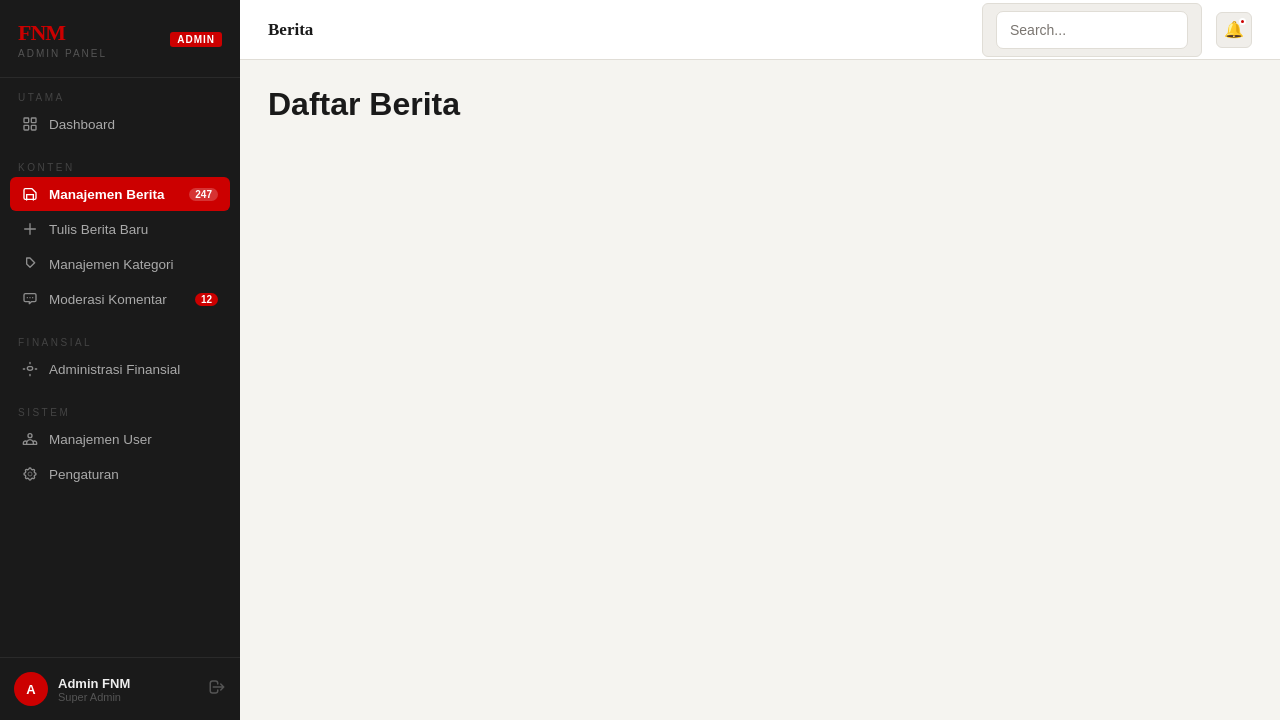
Repository: KrisnaKintaro/fnmtv
Page: http://localhost/admin/news
These files come from the project's save history. The page is drawn as it stood at one moment and after the next save; the edit follows.
The browser window is 1280 px wide. The pictures show the whole page.
Some web fonts or font styles are not loaded; a fallback is used. The page is served by the project's Laravel application, run on PHP 8.4 with Laravel 12. Other server files are loaded and not shown.

Above is the page before, as saved 2026-03-10 23:38:40.

### routes/web.php
<?php

use Illuminate\Support\Facades\Route;
use App\Http\Controllers\AuthController;
use App\Http\Controllers\DashboardController;
use App\Http\Controllers\NewsController;
use App\Http\Controllers\HomeController;
use App\Http\Controllers\CategoryController;
use App\Http\Controllers\SearchController;
use App\Http\Controllers\AdminNews;
use App\Http\Controllers\AdminCategory;
use App\Http\Controllers\AdminComment;
use App\Http\Controllers\FinanceController;
use App\Http\Controllers\UserController;

// default route removed; home route defined later

// ============================================
// UC-01: LOGIN ADMIN
// ============================================
Route::get('/admin/login', [AuthController::class, 'showLogin'])
    ->name('admin.login')
    ->middleware('guest');

Route::post('/admin/login', [AuthController::class, 'login'])
    ->name('admin.login.post');

Route::post('/admin/logout', [AuthController::class, 'logout'])
    ->name('admin.logout')
    ->middleware('auth');

// ============================================
// ADMIN ROUTES (semua dilindungi auth + isAdmin)
// ============================================
Route::prefix('admin')
    ->name('admin.')
    // middleware removed for demo; add auth/isAdmin later
    ->group(function () {

        // shortcut /admin → dashboard
        Route::get('/', function(){ return redirect()->route('admin.dashboard'); });

        // UC-07: Dashboard Statistik
        Route::get('/dashboard', [DashboardController::class, 'index'])
            ->name('dashboard');

        // UC-02: Manajemen Berita
        Route::resource('news', AdminNews::class);

        // UC-04: Toggle status publikasi (Draft/Published)
        Route::patch('/news/{news}/toggle-status', [AdminNews::class, 'toggleStatus'])
            ->name('news.toggle-status');

        // UC-03: Manajemen Kategori
        Route::resource('categories', AdminCategory::class);

        // UC-06: Moderasi Komentar
        Route::resource('comments', AdminComment::class)->only(['index', 'destroy']);
        Route::patch('/comments/{comment}/approve', [AdminComment::class, 'approve'])
            ->name('comments.approve');

        // UC-05: Administrasi Finansial
        Route::resource('finance', FinanceController::class);
        Route::patch('/finance/{finance}/toggle-payment', [FinanceController::class, 'togglePayment'])
            ->name('finance.toggle-payment');

        // Manajemen User
        Route::resource('users', UserController::class);
    });

// ============================================
// VIEWER / PUBLIC ROUTES
// ============================================

// UC-08: Halaman utama - berita terbaru
Route::get('/', [HomeController::class, 'index'])->name('home');

// UC-09: Navigasi Kategori
Route::get('/kategori/{slug}', [CategoryController::class, 'show'])
    ->name('category.show');

// UC-10: Pencarian Berita
Route::get('/cari', [SearchController::class, 'index'])
    ->name('search');

// UC-11: Berita Trending
Route::get('/trending', [HomeController::class, 'trending'])
    ->name('trending');

// UC-14: Halaman detail berita (view counter dicatat di sini)
Route::get('/berita/{slug}', [NewsController::class, 'show'])
    ->name('news.show');

### app/Http/Controllers/AdminNews.php
<?php

namespace App\Http\Controllers;

use Illuminate\Http\Request;

class AdminNews extends Controller
{
    public function index() { return view('admin.news.index'); }
    public function create() { return view('admin.news.create'); }
    public function store(Request $r) { return redirect()->back(); }
    public function show($id) { return redirect()->route('admin.news.index'); }
    public function edit($id) { return view('admin.news.edit'); }
    public function update(Request $r, $id) { return redirect()->back(); }
    public function destroy($id) { return redirect()->back(); }
    public function toggleStatus($id) { return redirect()->back(); }
}

### resources/views/admin/news/index.blade.php
@extends('layouts.master')

@section('title','Manajemen Berita')
@section('page_title','Berita')

@section('content')
<div class="page active">
    <h1>Daftar Berita</h1>
    <!-- tabel berita / actions -->
</div>
@endsection

### resources/views/layouts/master.blade.php
{{-- resources/views/layouts/master.blade.php --}}
<!DOCTYPE html>
<html lang="id">
<head>
    <meta charset="UTF-8">
    <meta name="viewport" content="width=device-width, initial-scale=1.0">
    <meta name="csrf-token" content="{{ csrf_token() }}">
    <title>FNM — @yield('title', 'Fenomena News Media')</title>

    <link href="https://fonts.googleapis.com/css2?family=Merriweather:wght@400;700;900&family=Source+Sans+3:wght@400;500;600;700&family=JetBrains+Mono:wght@400;500&display=swap" rel="stylesheet">

    {{-- CSS kondisional: admin atau viewer --}}
    @if(request()->is('admin*'))
        <link rel="stylesheet" href="{{ asset('Admin/css/admin.css') }}">
    @else
        <link rel="stylesheet" href="{{ asset('Viewers/css/viewers.css') }}">
    @endif

    {{-- CSS tambahan per halaman --}}
    @stack('styles')
</head>
<body>

    {{-- Layout beda antara admin dan viewer --}}
    @if(request()->is('admin*'))

        {{-- ===== LAYOUT ADMIN ===== --}}
        @include('layouts.partials.admin-sidebar')
        <main class="main">
            @include('layouts.partials.admin-topbar')
            <div class="content">
                @yield('content')
            </div>
        </main>

    @else

        {{-- ===== LAYOUT VIEWER ===== --}}
        @include('layouts.partials.viewer-topstrip')
        @include('layouts.partials.viewer-header')
        @include('layouts.partials.viewer-navbar')
        <main>
            @yield('content')
        </main>
        @include('layouts.partials.viewer-footer')

    @endif

    {{-- JS kondisional --}}
    @if(request()->is('admin*'))
        <script src="{{ asset('Admin/js/admin.js') }}"></script>
    @else
        <script src="{{ asset('Viewers/js/viewers.js') }}"></script>
    @endif

    {{-- JS tambahan per halaman --}}
    @stack('scripts')

</body>
</html>

### resources/views/layouts/partials/admin-sidebar.blade.php
{{-- Admin sidebar menu --}}
<aside class="sidebar" id="sidebar">
  <div class="s-brand">
    <div>
      <div class="s-logo">FNM</div>
      <div class="s-tag">Admin Panel</div>
    </div>
    <div class="s-admin-badge">Admin</div>
  </div>

  <div class="s-section">
    <div class="s-label">Utama</div>
    <a href="{{ route('admin.dashboard') }}" onclick="showPage('dashboard',this)" class="s-item {{ request()->routeIs('admin.dashboard') ? 'active' : '' }}">
      <svg fill="none" stroke="currentColor" viewBox="0 0 24 24"><rect x="3" y="3" width="7" height="7" rx="1" stroke-width="2"/><rect x="14" y="3" width="7" height="7" rx="1" stroke-width="2"/><rect x="3" y="14" width="7" height="7" rx="1" stroke-width="2"/><rect x="14" y="14" width="7" height="7" rx="1" stroke-width="2"/></svg>
      Dashboard
    </a>
  </div>

  <div class="s-section">
    <div class="s-label">Konten</div>
    <a href="{{ route('admin.news.index') }}" onclick="showPage('news-list',this)" class="s-item {{ request()->routeIs('admin.news*') ? 'active' : '' }}">
      <svg fill="none" stroke="currentColor" viewBox="0 0 24 24"><path stroke-linecap="round" stroke-linejoin="round" stroke-width="2" d="M19 20H5a2 2 0 01-2-2V6a2 2 0 012-2h10l6 6v8a2 2 0 01-2 2z"/><polyline points="17 21 17 13 7 13 7 21" stroke-width="2" stroke-linecap="round"/></svg>
      Manajemen Berita
      <span class="s-badge">247</span>
    </a>
    <a href="" onclick="showPage('write-news',this)" class="s-item">
      <svg fill="none" stroke="currentColor" viewBox="0 0 24 24"><path stroke-linecap="round" stroke-linejoin="round" stroke-width="2" d="M12 4v16m8-8H4"/></svg>
      Tulis Berita Baru
    </a>
    <a href="{{ route('admin.categories.index') }}" onclick="showPage('categories',this)" class="s-item {{ request()->routeIs('admin.categories*') ? 'active' : '' }}">
      <svg fill="none" stroke="currentColor" viewBox="0 0 24 24"><path stroke-linecap="round" stroke-linejoin="round" stroke-width="2" d="M7 7h.01M7 3h5l7 7-7 7-5-5V3z"/></svg>
      Manajemen Kategori
    </a>
    <a href="{{ route('admin.comments.index') }}" onclick="showPage('comments',this)" class="s-item {{ request()->routeIs('admin.comments*') ? 'active' : '' }}">
      <svg fill="none" stroke="currentColor" viewBox="0 0 24 24"><path stroke-linecap="round" stroke-linejoin="round" stroke-width="2" d="M8 10h.01M12 10h.01M16 10h.01M9 16H5a2 2 0 01-2-2V6a2 2 0 012-2h14a2 2 0 012 2v8a2 2 0 01-2 2h-5l-3 3v-3z"/></svg>
      Moderasi Komentar
      <span class="s-badge" style="background:var(--red);color:#fff;">12</span>
    </a>
  </div>

  <div class="s-section">
    <div class="s-label">Finansial</div>
    <a href="{{ route('admin.finance.index') }}" onclick="showPage('finance',this)" class="s-item {{ request()->routeIs('admin.finance*') ? 'active' : '' }}">
      <svg fill="none" stroke="currentColor" viewBox="0 0 24 24"><path stroke-linecap="round" stroke-linejoin="round" stroke-width="2" d="M12 8c-2.21 0-4 1.343-4 3s1.79 3 4 3 4-1.343 4-3-1.79-3-4-3zM12 2v2m0 16v2m10-10h-2M4 12H2"/></svg>
      Administrasi Finansial
    </a>
  </div>

  <div class="s-section">
    <div class="s-label">Sistem</div>
    <a href="{{ route('admin.users.index') }}" onclick="showPage('users',this)" class="s-item {{ request()->routeIs('admin.users*') ? 'active' : '' }}">
      <svg fill="none" stroke="currentColor" viewBox="0 0 24 24"><path stroke-linecap="round" stroke-linejoin="round" stroke-width="2" d="M17 20h5v-2a3 3 0 00-5.356-1.857M17 20H7m10 0v-2c0-.656-.126-1.283-.356-1.857M7 20H2v-2a3 3 0 015.356-1.857M7 20v-2c0-.656.126-1.283.356-1.857m0 0a5.002 5.002 0 019.288 0M15 7a3 3 0 11-6 0 3 3 0 016 0z"/></svg>
      Manajemen User
    </a>
    <a href="" onclick="showPage('settings',this)" class="s-item">
      <svg fill="none" stroke="currentColor" viewBox="0 0 24 24"><path stroke-linecap="round" stroke-linejoin="round" stroke-width="2" d="M10.325 4.317c.426-1.756 2.924-1.756 3.35 0a1.724 1.724 0 002.573 1.066c1.543-.94 3.310.826 2.37 2.37a1.724 1.724 0 001.065 2.572c1.756.426 1.756 2.924 0 3.35a1.724 1.724 0 00-1.066 2.573c.94 1.543-.826 3.310-2.37 2.370a1.724 1.724 0 00-2.572 1.065c-.426 1.756-2.924 1.756-3.35 0a1.724 1.724 0 00-2.573-1.066c-1.543.94-3.310-.826-2.370-2.370a1.724 1.724 0 00-1.065-2.572c-1.756-.426-1.756-2.924 0-3.35a1.724 1.724 0 001.066-2.573c-.94-1.543.826-3.310 2.370-2.370.996.608 2.296.070 2.572-1.065z"/><circle cx="12" cy="12" r="3"/></svg>
      Pengaturan
    </a>
  </div>

  <div class="s-footer">
    <div class="s-avatar">A</div>
    <div>
      <div class="s-uname">Admin FNM</div>
      <div class="s-urole">Super Admin</div>
    </div>
    <div class="s-logout" onclick="doLogout()" title="Keluar">
      <svg width="18" height="18" fill="none" stroke="currentColor" viewBox="0 0 24 24"><path stroke-linecap="round" stroke-linejoin="round" stroke-width="2" d="M17 16l4-4m0 0l-4-4m4 4H7m6 4v1a3 3 0 01-3 3H6a3 3 0 01-3-3V7a3 3 0 013-3h4a3 3 0 013 3v1"/></svg>
    </div>
  </div>
</aside>

### resources/views/layouts/partials/admin-topbar.blade.php
{{-- Topbar shown in admin area --}}
<div class="topbar">
    <div id="tbTitle" class="tb-title">@yield('page_title', 'Dashboard')</div>
    <div id="tbCrumb" class="tb-breadcrumb">@yield('breadcrumb')</div>
    <div class="search-wrap" style="margin-left:20px;">
        <input type="text" placeholder="Search..." />
    </div>
    <div class="tb-icon" onclick="toggleNotif()">🔔<span class="tb-dot"></span></div>
</div>

Loaded but not shown: app/Http/Controllers/Controller.php (common file); public/Admin/js/admin.js (89 lines, source omitted); public/Admin/css/admin.css (327 lines, source omitted)

After the next save:
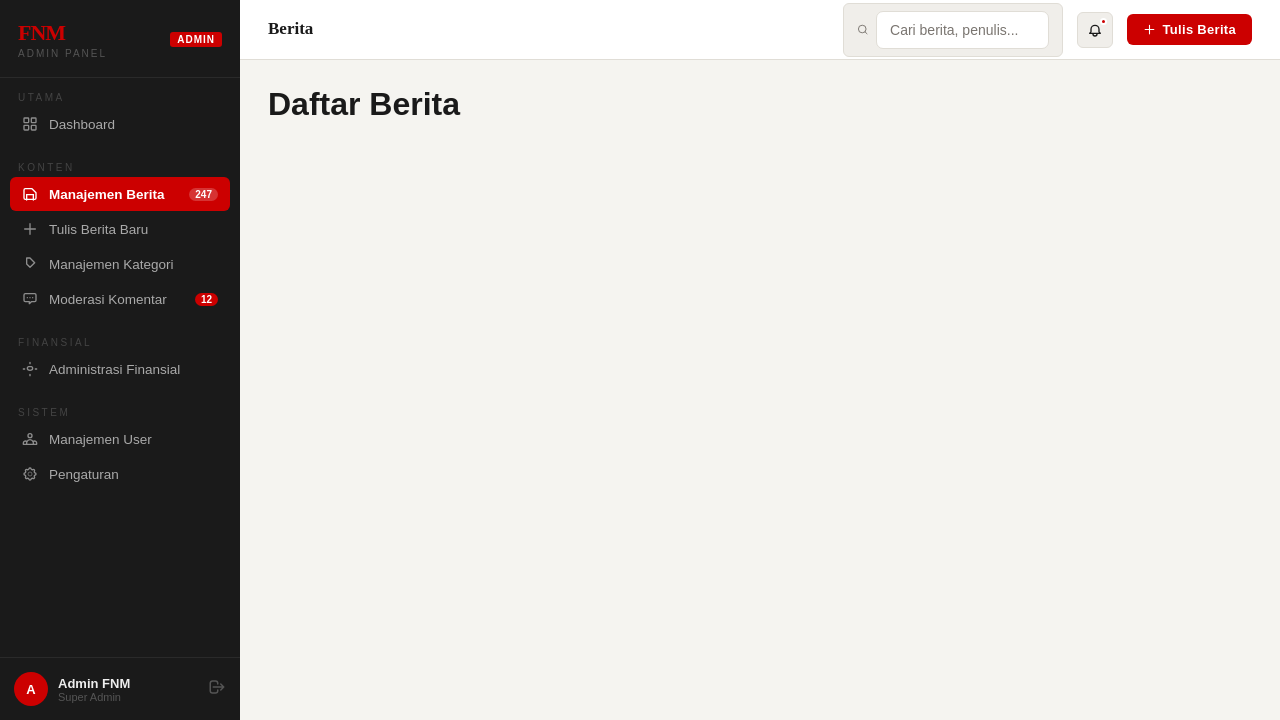
Saved 19 s later.
--- a/resources/views/layouts/partials/admin-topbar.blade.php
+++ b/resources/views/layouts/partials/admin-topbar.blade.php
@@ -1,9 +1,27 @@
 {{-- Topbar shown in admin area --}}
-<div class="topbar">
-    <div id="tbTitle" class="tb-title">@yield('page_title', 'Dashboard')</div>
-    <div id="tbCrumb" class="tb-breadcrumb">@yield('breadcrumb')</div>
-    <div class="search-wrap" style="margin-left:20px;">
-        <input type="text" placeholder="Search..." />
+<header class="topbar">
+  <div style="flex:1">
+    <div class="tb-title" id="tbTitle">@yield('page_title', 'Dashboard')</div>
+    <div class="tb-breadcrumb" id="tbCrumb">@yield('breadcrumb')</div>
+  </div>
+  <div class="search-wrap">
+    <svg width="13" height="13" fill="none" stroke="#7a7570" viewBox="0 0 24 24"><circle cx="11" cy="11" r="8" stroke-width="2"/><path d="m21 21-4.35-4.35" stroke-linecap="round" stroke-width="2"/></svg>
+    <input type="text" placeholder="Cari berita, penulis...">
+  </div>
+  <div style="position:relative;">
+    <div class="tb-icon" onclick="toggleNotif()">
+      <svg width="16" height="16" fill="none" stroke="currentColor" viewBox="0 0 24 24"><path stroke-linecap="round" stroke-linejoin="round" stroke-width="2" d="M15 17h5l-1.405-1.405A2.032 2.032 0 0118 14.158V11a6 6 0 10-12 0v3.159c0 .538-.214 1.055-.595 1.436L4 17h5m6 0v1a3 3 0 11-6 0v-1m6 0H9"/></svg>
+      <div class="tb-dot"></div>
     </div>
-    <div class="tb-icon" onclick="toggleNotif()">🔔<span class="tb-dot"></span></div>
-</div>
+    <div class="notif-panel" id="notifPanel">
+      <div class="notif-head">Notifikasi <span style="color:var(--red);">(3)</span></div>
+      <div class="notif-item"><div class="notif-ico">💬</div><div class="notif-txt"><div class="notif-msg">12 komentar baru perlu dimoderasi</div><div class="notif-t">5 menit lalu</div></div></div>
+      <div class="notif-item"><div class="notif-ico">📋</div><div class="notif-txt"><div class="notif-msg">3 artikel menunggu review editor</div><div class="notif-t">1 jam lalu</div></div></div>
+      <div class="notif-item"><div class="notif-ico">💰</div><div class="notif-txt"><div class="notif-msg">Tagihan baru: Rp 500.000 belum dibayar</div><div class="notif-t">2 jam lalu</div></div></div>
+    </div>
+  </div>
+  <button class="btn btn-red" onclick="showPage('write-news', null)">
+    <svg width="13" height="13" fill="none" stroke="currentColor" viewBox="0 0 24 24"><path stroke-linecap="round" stroke-linejoin="round" stroke-width="2" d="M12 4v16m8-8H4"/></svg>
+    Tulis Berita
+  </button>
+</header>
